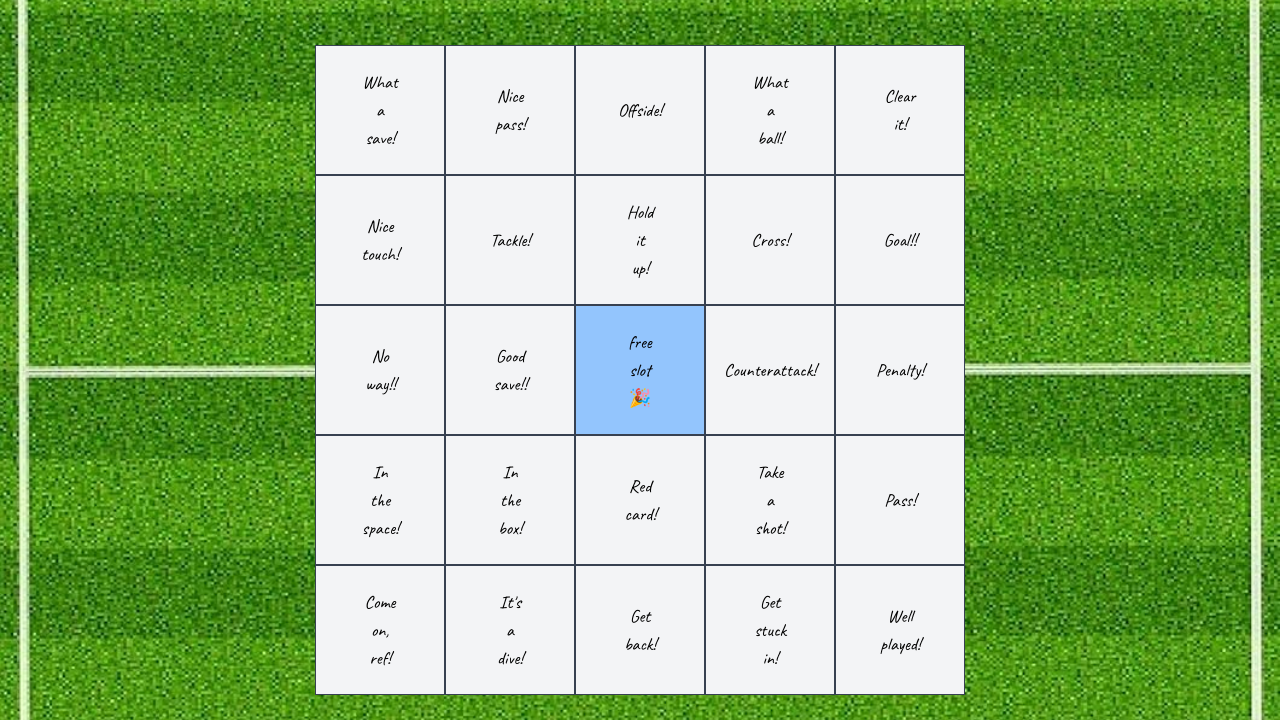
Repository: yassirbn/football-bingo
Page: /
These files come from the project's save history. The page is drawn as it stood at one moment and after the next save; the edit follows.
The browser window is 1280 px wide. The pictures show the whole page.
The project was rebuilt for these pictures with package versions that can differ from the ones it lists, and the page was loaded fresh each time.

Above is the page before, as saved 2024-11-27 13:50:50.

After the next save:
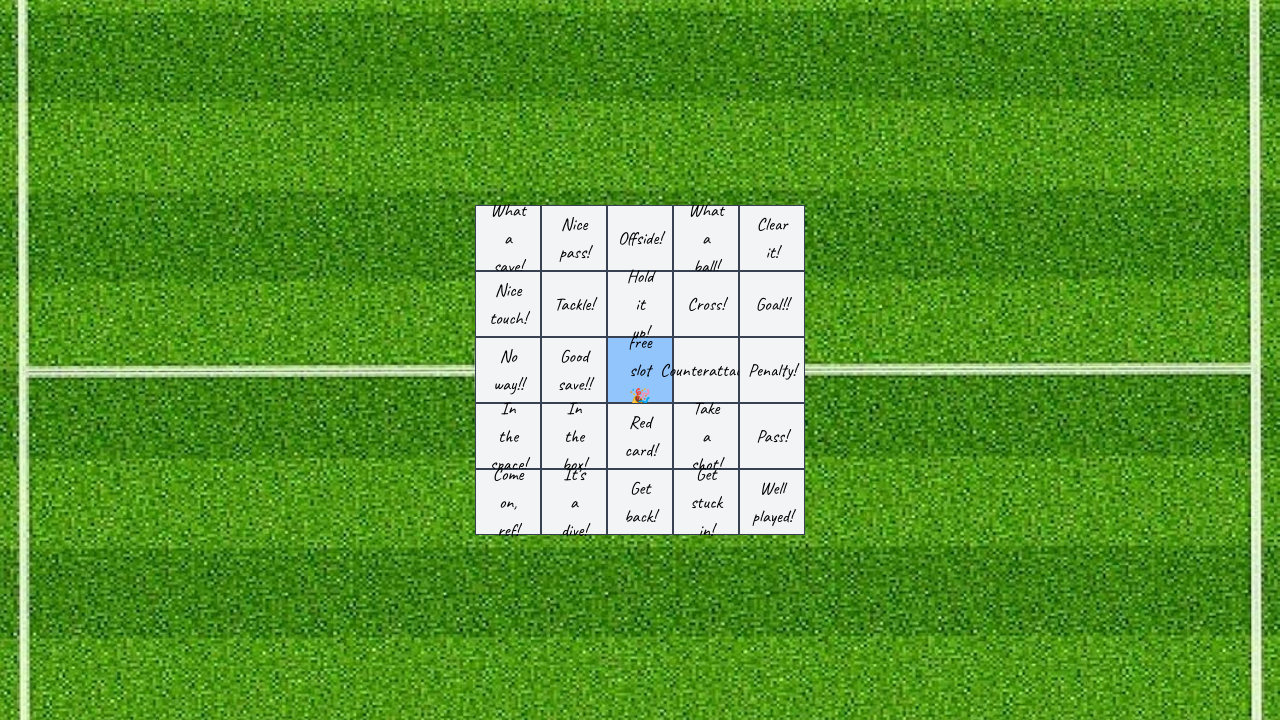
Saved 100 s later.
--- a/src/component/BingoGrid/BingoGrid.js
+++ b/src/component/BingoGrid/BingoGrid.js
@@ -110,7 +110,7 @@
             <div
               className={`${
                 selectedCells[index] ? "bg-blue-300 text-white" : "bg-transparent"
-              } flex items-center justify-center py-3 md:px-6 sm:py-4 sm:px-8 md:py-6 md:px-12 lg:py-8 lg:px-16 break-all md:break-normal`}
+              } flex items-center justify-center py-3 lg:px-6 sm:py-4 sm:px-8 md:py-6 md:px-12 lg:py-8 lg:px-16 break-all md:break-normal`}
               style={{
                 width: "50px", // Adjusted for mobile/tablet responsiveness
                 height: "50px", // Adjusted for mobile/tablet responsiveness

After the save that followed:
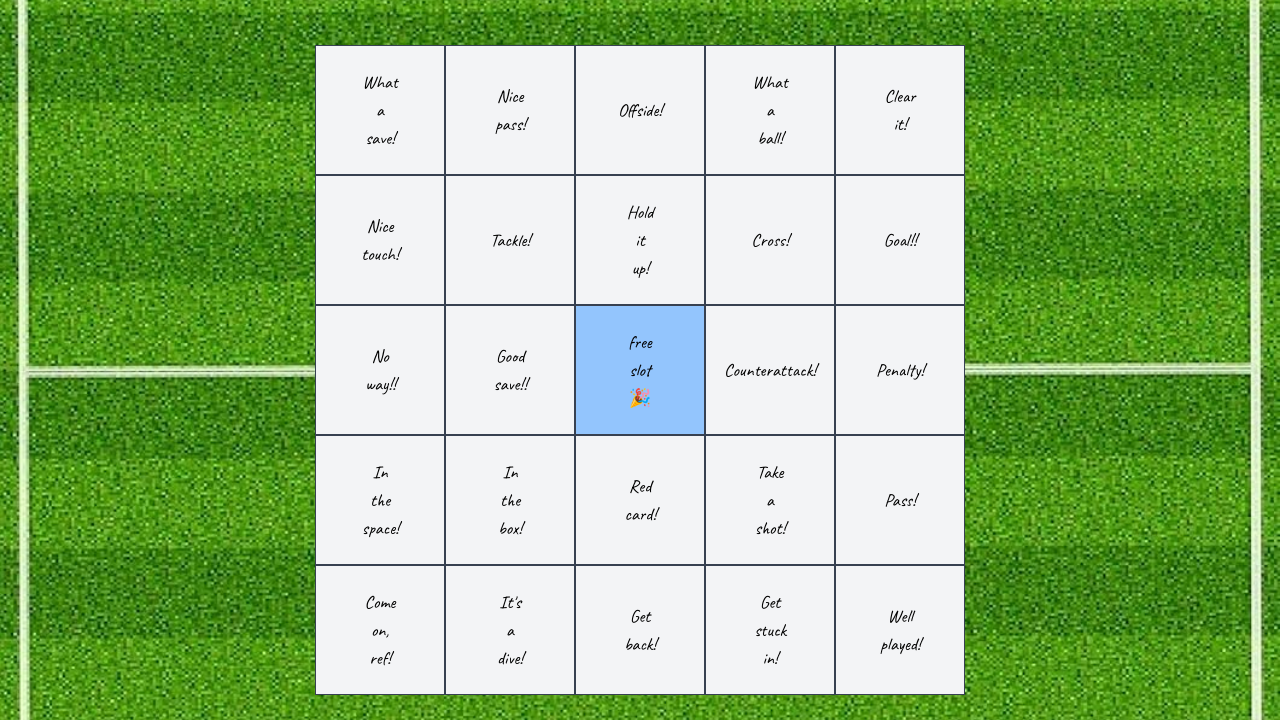
Saved 21 s later.
--- a/src/component/BingoGrid/BingoGrid.js
+++ b/src/component/BingoGrid/BingoGrid.js
@@ -110,7 +110,7 @@
             <div
               className={`${
                 selectedCells[index] ? "bg-blue-300 text-white" : "bg-transparent"
-              } flex items-center justify-center py-3 lg:px-6 sm:py-4 sm:px-8 md:py-6 md:px-12 lg:py-8 lg:px-16 break-all md:break-normal`}
+              } flex items-center justify-center py-3 px-6 sm:py-4 sm:px-8 md:py-6 md:px-12 lg:py-8 lg:px-16 break-all md:break-normal`}
               style={{
                 width: "50px", // Adjusted for mobile/tablet responsiveness
                 height: "50px", // Adjusted for mobile/tablet responsiveness
